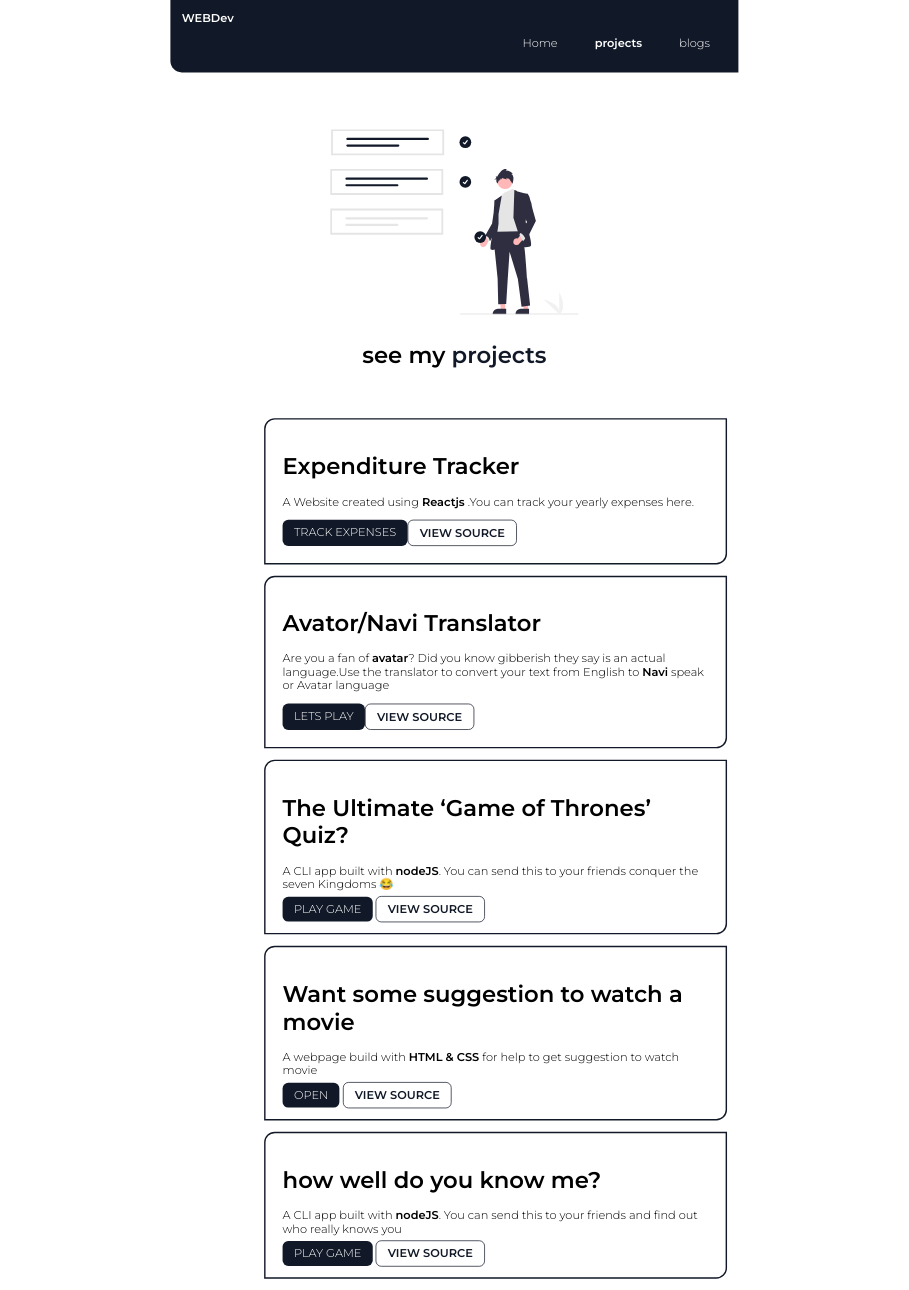
Repository: sohan2503001/Portfolio
Page: projects.html
These files come from the project's save history. The page is drawn as it stood at one moment and after a run of saves; the edit follows.
The browser window is 1280 px wide. The pictures show the whole page, at 71% of full size.

Above is the page before, as saved 2021-05-11 18:24:28.

### projects.html
<!DOCTYPE html>
<html lang="en">

<head>
  <meta charset="UTF-8" />
  <meta name="viewport" content="width=device-width, initial-scale=1.0" />
  <title>Projects | Sohan</title>
  <link rel="stylesheet" href="style.css" />
  <link rel="icon" href="images/favicon.svg" sizes="any" type="image/svg+xml">
</head>

<body>
  <nav class="navigation container">
    <div class="nav-brand">WEBDev</div>
    <ul class="list-non-bullet nav-pills">
      <li class="list-item-inline">
        <a class="link" href="/">Home</a>
      </li>
      <li class="list-item-inline">
        <a class="link link-active" href="projects.html">projects</a>
      </li>
      <li class="list-item-inline">
        <a class="link" href="blogs.html">blogs</a>
      </li>
    </ul>
  </nav>

  <header class="hero">
    <img class="hero-img" src="images/pro.svg" alt="" />
    <h1 class="hero-heading">
      see my<span class="heading-inverted"> projects</span>
    </h1>
  </header>


  <ol class="list list-non-bullet">


    <div class="container container-center box-contain">
      <li>
        <h1>Expenditure Tracker</h1>
        <p>
          A Website created using <strong>Reactjs</strong> .You can track your yearly expenses here.
        </p>

        <div class="link-button">
          <a class="link link-primary" href="https://expenditure-tracker.netlify.app/"
          target="_blank">TRACK EXPENSES</a>
        <a class="link link-secondary" href="https://github.com/sohan2503001/Expenditure-Tracker" target="_blank">VIEW
          SOURCE</a>
        </div>
      </li>
    </div>


    <div class="container container-center box-contain">
      <li>
        <h1>Avator/Navi Translator </h1>
        <p>
          Are you a fan of <strong>avatar</strong>? Did you know gibberish they say is an actual
          language.Use the translator to convert your text from English to <strong>Navi</strong>
          speak or Avatar language
        </p>

        <div class="link-button">
          <a class="link link-primary" href="https://avator-speak.netlify.app/"
          target="_blank">LETS PLAY</a>
        <a class="link link-secondary" href="https://github.com/sohan2503001/Avator-speak" target="_blank">VIEW
          SOURCE</a>
        </div>
      </li>
    </div>


    <div class="container container-center box-contain">
      <li>
        <h1>The Ultimate ‘Game of Thrones’ Quiz?</h1>
        <p>
          A CLI app built with <strong>nodeJS</strong>. You can send this to
          your friends conquer the seven Kingdoms 😂
        </p>

        <div class="link-button">

        </div>
        <a class="link link-primary" href="https://replit.com/@Sohan250301/GameofThronesQuiz?embed=1&output=1#index.js"
          target="_blank">PLAY GAME</a>
        <a class="link link-secondary" href="https://github.com/sohan2503001/GOTQuiz" target="_blank">VIEW SOURCE</a>
      </li>
    </div>


    <div class="container container-center box-contain">
      <li>
        <h1>Want some suggestion to watch a movie</h1>
        <p>
          A webpage build with <strong>HTML & CSS </strong> for help to get suggestion to watch movie
        </p>

        <a class="link link-primary" href="https://moviesreview.netlify.app/" target="_blank">OPEN</a>
        <a class="link link-secondary" href="https://github.com/sohan2503001/MovieSuggestion" target="_blank">VIEW
          SOURCE</a>
      </li>
    </div>


    <div class="container container-center box-contain">
      <li>
        <h1>how well do you know me?</h1>
        <p>
          A CLI app built with <strong>nodeJS</strong>. You can send this to
          your friends and find out who really knows you
        </p>

        <a class="link link-primary" href="https://replit.com/@Sohan250301/How-much-you-know-me?embed=1&output=1"
          target="_blank">PLAY GAME</a>
        <a class="link link-secondary" href="https://github.com/sohan2503001/Quiz1" target="_blank">VIEW SOURCE</a>
      </li>
    </div>


  </ol>
  <script src="code.js"></script>
</body>

</html>

### style.css
@import url('https://fonts.googleapis.com/css2?family=Montserrat:wght@300;600&display=swap');

:root{
    --primary-color: #111827;
    --dark-gray: #4B5563;
    --off-white: #D1D5DB;
}

body {
    font-family: 'Montserrat', sans-serif;
    margin: auto;
    max-width: 800px;
    width: 100%;
}

hr{
    margin: 2rem 0rem;
}

/** container **/
.container{
    padding: 0rem 1rem;
}

.container-center{
    max-width: 600px;
    margin: auto;
}

/** links **/
.link{
    text-decoration: none;
    padding: 0.5rem 1rem;
    /*margin: 1rem 0rem 1rem 0rem;*/
}

.link-primary{
    background-color: var(--primary-color);
    border-radius: 0.5rem;
    color:white;
}

.link-secondary{
    color: var(--primary-color);
    border-radius: 0.5rem;
    border: 1px solid var(--primary-color);
    font-weight: bold;
}

/** lists **/

.list-non-bullet{
    list-style: none;
}

.list-item-inline{
    display: inline;
    padding: 0rem 0.5rem;
}

/** navigation **/

.navigation{
    background-color: var(--primary-color);
    color: white;
    padding: 1rem;
    border-bottom-left-radius: 1rem;
}

.navigation .nav-brand{
    font-weight: bold;
}

.navigation .nav-pills{
    text-align: right;
}

.navigation .link{
    color: white;
}

.navigation .link-active{
    font-weight: bold;
}

/**header **/

.hero{
    padding: 2rem;
    padding-top: 5rem;
}

.hero .hero-img{
    max-width: 350px;
    display: block;
    margin: auto;
}

.hero .hero-heading{
    padding-top: 1rem;
    color: var(--dark-red);
    text-align: center;
}

.hero .hero-heading .heading-inverted{
    color: var(--primary-color)
}

/** section **/
.section{
    padding: 1rem;
    border-radius: 15px;
    margin: 2rem;
}

.section h1{
    text-align: center;
    font-weight: bolder;
}

.ow {
    background-color: var(--off-white);
}

.section p{
    font-weight: bold;
}

/**footer **/

.footer{
    background-color: var(--primary-color);
    padding: 1rem;
    text-align: center;
    color: white;
    border-top-right-radius: 1rem;
}

.footer .link{
    color: white;
}

.footer .footer-header{
    font-weight: bold;
    font-size: large;
}

.footer ul{
    padding-inline-start: 0px;
}

/**Projects**/
.box-contain{
    border: 2px solid var(--primary-color);
    padding: 1.5rem;
    border-top-left-radius: 15px;
    border-bottom-right-radius: 15px;
    margin: auto;
    margin-top: 1rem;
    margin-right: 1rem;
}

.link-button{
    display: flex;
}

### code.js
function myFunction() {
    var element = document.body;
    element.classList.toggle("dark-mode");
}

After the next 3 saves:
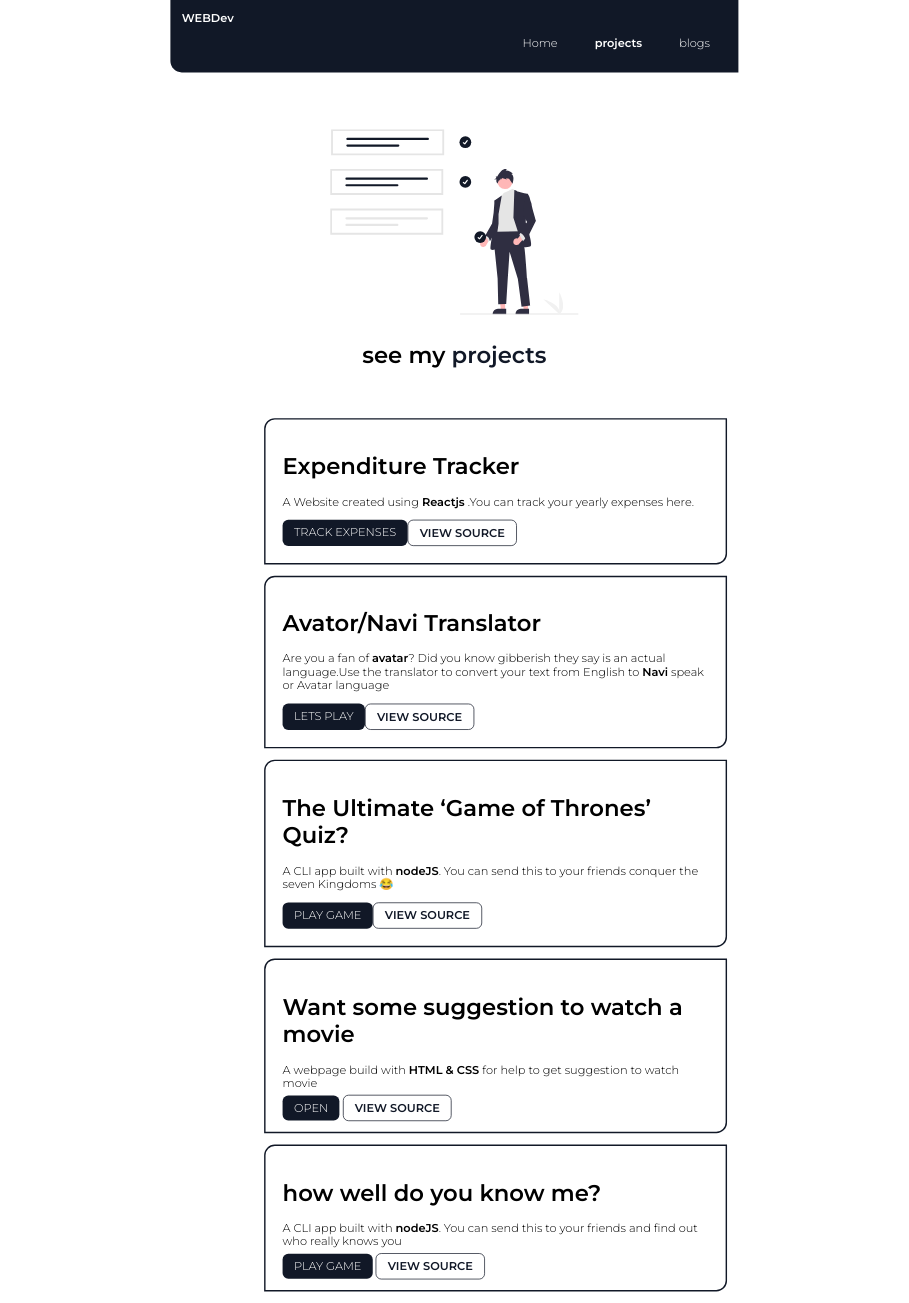
The 3 saves are shown as one change because they came seconds apart.
The last was saved 10 s later.
--- a/projects.html
+++ b/projects.html
@@ -81,11 +81,10 @@
         </p>
 
         <div class="link-button">
-
-        </div>
-        <a class="link link-primary" href="https://replit.com/@Sohan250301/GameofThronesQuiz?embed=1&output=1#index.js"
+          <a class="link link-primary" href="https://replit.com/@Sohan250301/GameofThronesQuiz?embed=1&output=1#index.js"
           target="_blank">PLAY GAME</a>
         <a class="link link-secondary" href="https://github.com/sohan2503001/GOTQuiz" target="_blank">VIEW SOURCE</a>
+        </div>
       </li>
     </div>
 
